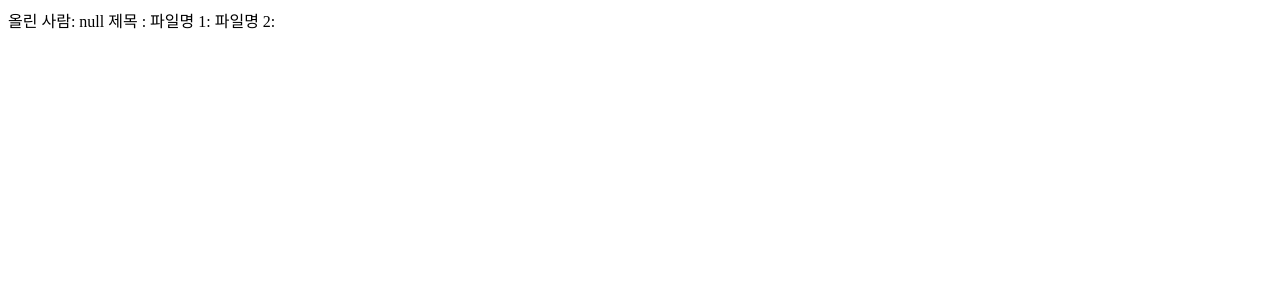
Repository: fatesky25/JSPprogram
Page: http://localhost/ServletProject/fileupload/fileCheck.jsp
The author's editor kept a copy of each file at every save. The page is drawn from the files as they stood at one save, then again after the next save.
The browser window is 1280 px wide. The pictures show the whole page.
The page is served by Tomcat 9. Nobody is signed in. The application's start-up code is not run.

Above is the page before, as saved 2023-02-14 02:01:06.

After the next save:
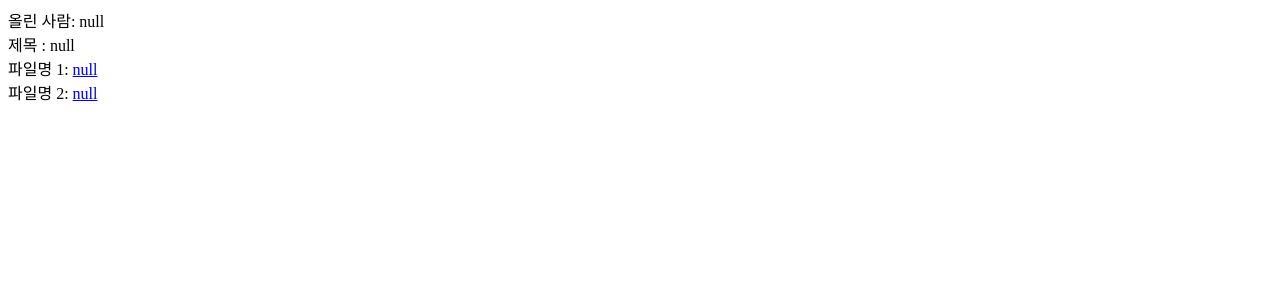
Saved 2 min 25 s later.
--- a/ServletProject/src/main/webapp/fileupload/fileCheck.jsp
+++ b/ServletProject/src/main/webapp/fileupload/fileCheck.jsp
@@ -24,9 +24,9 @@
 <title>파일업로드 및 다운로드</title>
 </head>
 <body>
-올린 사람: <%=name %>
-제목 :
-파일명 1:
-파일명 2:
+올린 사람: <%=name %> <br>
+제목 :     <%=subject %> <br>
+파일명 1: <a href="/upload/<%=filename1%>"><%=origfilename1 %></a><br>
+파일명 2: <a href="/upload/<%=filename2%>"><%=origfilename2 %></a>
 </body>
 </html>
